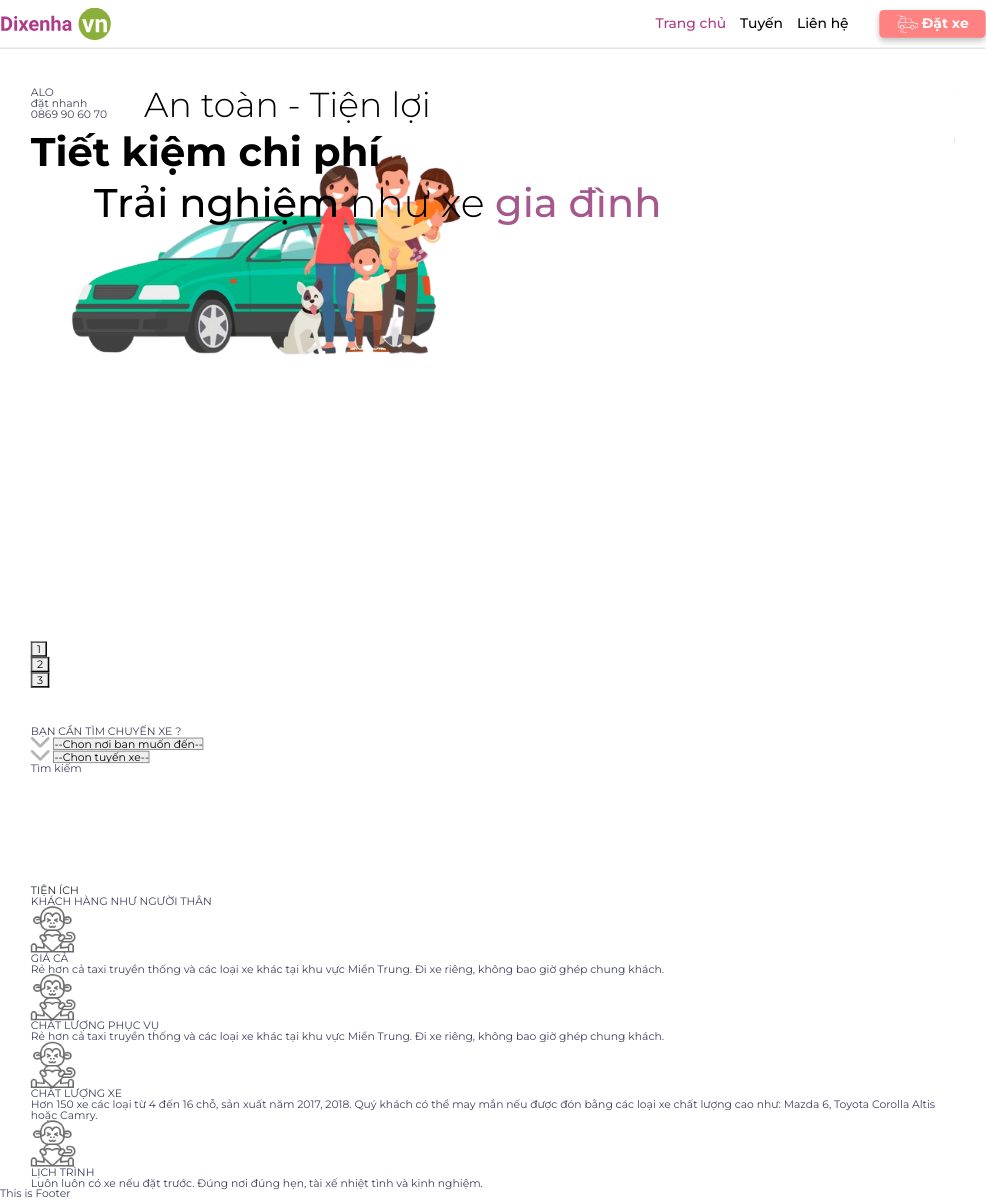
Repository: thanhthien0706/last_project--fe004
Page: lastProductF004/dist/index.html
An editor plug-in stored every save of this project. The page is shown before and after the next save, followed by the edit.
The browser window is 1280 px wide. The pictures show the whole page, at 77% of full size.
Some web libraries are served in a nearby version. The style sheet was rebuilt from its Sass, Less or Tailwind sources for each picture, by a compiler version that may differ from the author's.

Above is the page before, as saved 2021-09-16 19:37:07.

### lastProductF004/dist/index.html
<html lang="vi">

<head>
  <!-- include head.html -->
  <title>Trang web cho thuê xe Đà Nẵng - Hội An</title>
<meta name="viewport" content="width=device-width, initial-scale=1, shrink-to-fit=no">
<meta http-equiv="Content-type" content="text/html;charset=UTF-8">

<!-- favicon -->
<link href="/images/favicon.ico" type="image/x-icon" rel="icon">
<!-- meta social -->
<meta name="twitter:card" content="" />
<meta name="twitter:site" content="" />
<meta name="twitter:creator" content="" />
<meta property="og:description" content="" />
<meta property="og:image" content="" />
<meta property="og:site_name" content="">
<meta property="og:title" content="" />
<meta property="og:type" content="">
<meta property="og:url" content="" />
<link rel="apple-touch-icon" sizes="180x180" href="/images/favicon/apple-touch-icon.png">
<link rel="icon" type="image/png" sizes="32x32" href="/images/favicon/favicon-32x32.png">
<link rel="icon" type="image/png" sizes="16x16" href="/images/favicon/favicon-16x16.png">

<link rel="manifest" href="/manifest.json">

<meta name="mobile-web-app-capable" content="yes">
<meta name="apple-mobile-web-app-capable" content="yes">
<meta name="application-name" content="Short name web app">
<meta name="apple-mobile-web-app-title" content="Short name web app">
<meta name="theme-color" content="#00a849">
<meta name="msapplication-navbutton-color" content="#00a849">
<meta name="apple-mobile-web-app-status-bar-style" content="black-translucent">
<meta name="msapplication-starturl" content="/">


  <!-- include styles.html -->
  <link href="https://fonts.googleapis.com/css?family=Roboto|Roboto+Condensed|Roboto+Mono|Roboto+Slab&display=swap"
    rel="stylesheet">
<link href="https://fonts.googleapis.com/icon?family=Material+Icons" rel="stylesheet">


<!-- boostrap -->
<link rel="stylesheet" href="https://stackpath.bootstrapcdn.com/bootstrap/4.4.1/css/bootstrap.min.css"
    integrity="sha384-Vkoo8x4CGsO3+Hhxv8T/Q5PaXtkKtu6ug5TOeNV6gBiFeWPGFN9MuhOf23Q9Ifjh" crossorigin="anonymous">
<link rel="stylesheet" href="https://use.fontawesome.com/releases/v5.8.2/css/all.css"
    integrity="sha384-oS3vJWv+0UjzBfQzYUhtDYW+Pj2yciDJxpsK1OYPAYjqT085Qq/1cq5FLXAZQ7Ay" crossorigin="anonymous">

<link rel="stylesheet" href="https://unpkg.com/swiper/swiper-bundle.css">
<link rel="stylesheet" href="https://unpkg.com/swiper/swiper-bundle.min.css">

<link href="https://unpkg.com/aos@2.3.1/dist/aos.css" rel="stylesheet">

<!-- build:css(.tmp) style/style.min.css -->
<!-- <link rel="stylesheet" type="text/css" media="screen" href="styles/main.scss"/> -->
<link rel="stylesheet" type="text/css" media="screen" href="css/main.css" />
<!-- endbuild -->
</head>

<body class="wrapper">
  <header class="main_header">
  <div class="container_edit">
    <div class="box_main_content">
      <div class="box_logo">
        <img src="../../images/logo.svg" alt="logo" class="img_logo">
      </div>
      <div class="box_main_menu">
        <ul class="lista_menu">
          <li class="item_list">
              <a href="#" class="active">Trang chủ</a>
          </li>
          <li class="item_list">
              <a href="#">Tuyến</a>
          </li>
          <li class="item_list">
              <a href="#">Liên hệ</a>
          </li>
        </ul>
        <a href="#" class="btn_dat_xe">
          <img src="images/icon/ic_car-1.svg" alt="">
          <span class="text">Đặt xe</span>
        </a>
      </div>
    </div>
  </div>

</header>

  <section>

    <section class="section_01">
      <div class="container_new_edit">
        <div class="box_main_slide">
          <!-- slide 1 -->
          <div class="box_content_slide">

            <div class="box_slogan">
              <p class="slogan_1">An toàn - Tiện lợi</p>
              <p class="slogan_2">Tiết kiệm chi phí</p>
              <p class="slogan_3"><span class="sp_slogan_1">Trải nghiệm</span> như xe <span class="sp_slogan_2">gia đình</span></p>
            </div>

            <div class="box_contact">
              <div class="box_icon">
                <div class="shape_1"></div>
                <div class="shape_2"></div>
                <p class="icon">ALO</p>
              </div>
              <div class="box_text">
                <p>đặt nhanh</p>
                <p class="sdt">
                  0869 90 60 70
                </p>
              </div>
            </div>

            <div class="box_img">
              <img src="images/bg/bg_image-1.png" alt="">
            </div>

          </div>

          <!-- slide 2 -->
          <div class="box_content_slide">

            <div class="box_slogan">
              <p class="slogan_1">An toàn - Tiện lợi</p>
              <p class="slogan_2">Tiết kiệm chi phí</p>
              <p class="slogan_3"><span class="sp_slogan_1">Trải nghiệm</span> như xe <span class="sp_slogan_2">gia đình</span></p>
            </div>

            <div class="box_contact">
              <div class="box_icon">
                <div class="shape_1"></div>
                <div class="shape_2"></div>
                <p class="icon">ALO</p>
              </div>
              <div class="box_text">
                <p>đặt nhanh</p>
                <p class="sdt">
                  0869 90 60 70
                </p>
              </div>
            </div>

            <div class="box_img">
              <img src="images/bg/bg_image-1.png" alt="">
            </div>

          </div>

          <!-- slide 3 -->
          <div class="box_content_slide">

            <div class="box_slogan">
              <p class="slogan_1">An toàn - Tiện lợi</p>
              <p class="slogan_2">Tiết kiệm chi phí</p>
              <p class="slogan_3"><span class="sp_slogan_1">Trải nghiệm</span> như xe <span class="sp_slogan_2">gia đình</span></p>
            </div>

            <div class="box_contact">
              <div class="box_icon">
                <div class="shape_1"></div>
                <div class="shape_2"></div>
                <p class="icon">ALO</p>
              </div>
              <div class="box_text">
                <p>đặt nhanh</p>
                <p class="sdt">
                  0869 90 60 70
                </p>
              </div>
            </div>

            <div class="box_img">
              <img src="images/bg/bg_image-1.png" alt="">
            </div>

          </div>

        </div>
      </div>
    </section>
    <section class="section_02">
      <div class="container_new_edit">
        <div class="row_edit">
          <div class="box_left">
            <p>BẠN CẦN TÌM CHUYẾN XE ?</p>
            <section class="section_list_sec">

              <div class="box_main--sec">
                <span class="arrow">
                  <img src="images/icon/ic_arrow--down.png" alt="">
                </span>
                <select name="" id="" class="select_main">
                  <option value="1">--Chọn nơi bạn muốn đến--</option>
                  <option value="1">Đà nẵng</option>
                  <option value="1">Nha Trang</option>
                  <option value="1">Huế</option>
                </select>
              </div>

              <div class="box_main--sec">
                <span class="arrow">
                  <img src="images/icon/ic_arrow--down.png" alt="">
                </span>
                <select name="" id="" class="select_main">
                  <option value="1">--Chọn tuyến xe--</option>
                  <option value="1">Tuyến 1</option>
                  <option value="1">Tuyến 2</option>
                  <option value="1">Tuyến 3</option>
                </select>
              </div>

              <a href="#" class="btn_search">Tìm kiếm</a>
            </section>
          </div>
          <div class="box_right">
            <img src="images/bg/bg_img-2.svg" alt="">
          </div>
        </div>
      </div>
    </section>
    <section class="section_03">
      <div class="container_new_edit">
        <div class="box_header">
          <span>TIỆN ÍCH</span>
          <h2>KHÁCH HÀNG NHƯ NGƯỜI THÂN</h2>
        </div>
        <div class="box_tien-ich_main">
          <div class="box_grid">
            <div class="item_grid">
              <div class="box_conten">
                <div class="box_logo">
                  <img src="images/icon/ic_monkey.png" alt="">
                </div>
                <div class="box_text--main">
                  <h2>GIÁ CẢ</h2>
                  <p>
                    Rẻ hơn cả taxi truyền thống và các loại xe khác tại khu vực Miền Trung.
                    Đi xe riêng, không bao giờ ghép chung khách.
                  </p>
                </div>
              </div>
            </div>
            <div class="item_grid">
              <div class="box_conten">
                <div class="box_logo">
                  <img src="images/icon/ic_monkey.png" alt="">
                </div>
                <div class="box_text--main">
                  <h2>CHẤT LƯỢNG PHỤC VỤ</h2>
                  <p>
                    Rẻ hơn cả taxi truyền thống và các loại xe khác tại khu vực Miền Trung.
                    Đi xe riêng, không bao giờ ghép chung khách.
                  </p>
                </div>
              </div>
            </div>
            <div class="item_grid">
              <div class="box_conten">
                <div class="box_logo">
                  <img src="images/icon/ic_monkey.png" alt="">
                </div>
                <div class="box_text--main">
                  <h2>CHẤT LƯỢNG XE</h2>
                  <p>
                    Hơn 150 xe các loại từ 4 đến 16 chỗ, sản xuất năm 2017, 2018.
                    Quý khách có thể may mắn nếu được đón bằng các loại xe chất lượng cao
                    như: Mazda 6, Toyota Corolla Altis hoặc Camry.
                  </p>
                </div>
              </div>
            </div>
            <div class="item_grid">
              <div class="box_conten">
                <div class="box_logo">
                  <img src="images/icon/ic_monkey.png" alt="">
                </div>
                <div class="box_text--main">
                  <h2>LỊCH TRÌNH</h2>
                  <p>
                    Luôn luôn có xe nếu đặt trước.
                    Đúng nơi đúng hẹn, tài xế nhiệt tình và kinh nghiệm.
                  </p>
                </div>
              </div>
            </div>
          </div>
        </div>
      </div>
    </section>

  </section>
  <footer class="main_footer">
        <h1>This is Footer</h1>
</footer>

  <!-- include scripts.html -->
  <!-- boostrap -->
<script src="https://ajax.googleapis.com/ajax/libs/jquery/3.4.1/jquery.min.js"></script>
<!-- <script src="https://code.jquery.com/jquery-3.3.1.slim.min.js"
        integrity="sha384-q8i/X+965DzO0rT7abK41JStQIAqVgRVzpbzo5smXKp4YfRvH+8abtTE1Pi6jizo"
        crossorigin="anonymous"></script> -->
<script src="https://cdnjs.cloudflare.com/ajax/libs/popper.js/1.14.7/umd/popper.min.js"
        integrity="sha384-UO2eT0CpHqdSJQ6hJty5KVphtPhzWj9WO1clHTMGa3JDZwrnQq4sF86dIHNDz0W1"
        crossorigin="anonymous"></script>
<script src="https://stackpath.bootstrapcdn.com/bootstrap/4.3.1/js/bootstrap.min.js"
        integrity="sha384-JjSmVgyd0p3pXB1rRibZUAYoIIy6OrQ6VrjIEaFf/nJGzIxFDsf4x0xIM+B07jRM"
        crossorigin="anonymous"></script>



<!-- build:js script/script.min.js -->
<script type="text/javascript" src="js/slick.js"></script>
<script type="text/javascript" src="js/script.js"></script>
<!-- endbuild -->

<script src="https://unpkg.com/aos@2.3.1/dist/aos.js"></script>
</body>

</html>

### lastProductF004/src/styles/main.scss
// ----------------------------------------------------------------------
// Font
// ----------------------------------------------------------------------
@import url('https://fonts.googleapis.com/css?family=Roboto:300,400,500,700,900&subset=vietnamese');
@import url('https://cdnjs.cloudflare.com/ajax/libs/font-awesome/5.15.1/css/all.min.css');
// ----------------------------------------------------------------------
// Base
// ----------------------------------------------------------------------
@import "base/reset";
@import "base/fonts";
@import "base/base";

// ----------------------------------------------------------------------
// Layout
// ----------------------------------------------------------------------
@import "layout/slick";
@import "layout/global";
@import "layout/keyframes";
@import "layout/header";
@import "layout/footer";

// ----------------------------------------------------------------------
// Pages
// ----------------------------------------------------------------------
@import "pages/homepage";

### lastProductF004/src/styles/base/_fonts.scss
@import url('https://fonts.googleapis.com/css2?family=Montserrat:wght@100;200;300;400;500;600;700;800;900&display=swap');
// font-family: 'Montserrat', sans-serif;

### lastProductF004/src/styles/layout/_global.scss
// =====================================================================
// COLOR
// =====================================================================

$col1: #f89612;

// =====================================================================
// KEYFRAME
// =====================================================================

$font-size: 16;

body {
    font-family: 'Montserrat', sans-serif;
    font-size: 14px;
}

.container_big {
    width: 100%;
    max-width: 1600px;
    max-width: 1366px;
    margin: 0 auto;
    @include tran_slow_03();

    @include maxWidth(1600px) {
        max-width: 1360px;
    }

    @include maxWidth(1366px) {
        max-width: 1200px;
    }

    @include maxWidth(1200px) {
        max-width: 1170px;
        max-width: 95%;

    }
}

.wrapper {
    position: relative;
}

.box_bcrum {
    margin-top: 20px;
    margin-bottom: 20px;

    ul {
        &::after {
            @include clear_fix();
        }

        li {
            margin-right: 10px;
            display: inline-flex;
            flex-direction: row;
            align-items: center;
            display: inline;
            line-height: 1.3;


            &.home {
                a {
                    &::before {
                        position: relative;
                        bottom: 0;
                        content: '';
                        height: 14px;
                        width: 14px;
                        display: inline-flex;
                        background-image: url('../images/icon/home.png');
                        background-color: transparent;
                        background-position: center;
                        background-repeat: no-repeat;
                        background-size: contain;
                    }
                }
            }

            &:last-child {
                margin-right: 0;
            }

            a {
                text-decoration: none;
                outline: none;
                position: relative;

                &::before {
                    position: relative;
                    bottom: 2px;
                    margin-right: 5px;
                    content: '';
                    height: 4px;
                    width: 4px;
                    display: inline-flex;
                    @include borderRadius(50%);
                    background-color: $col1;
                }
            }

            .txt_crumb {
                font-size: 14px;
                font-weight: normal;
                color: #000;

                &::before {
                    position: relative;
                    bottom: 2px;
                    margin-right: 5px;
                    content: '';
                    height: 4px;
                    width: 4px;
                    display: inline-flex;
                    @include borderRadius(50%);
                    background-color: $col1;
                }
            }
        }
    }
}

.main_footer {
    position: relative;

    .go_top {
        cursor: pointer;
        position: absolute;
        right: 3%;
        top: -100px;
        height: 80px;
        width: 80px;
        background-image: url('../images/icon/gotop.png');
        background-position: center;
        background-repeat: no-repeat;
        background-size: contain;
        z-index: 991;
        @include tran_slow_03();

        @include maxWidth(1024px) {
            right: 5px;
            height: 60px;
            width: 60px;
        }

        @include maxWidth(480px) {
            top: -40px;
            height: 40px;
            width: 40px;
        }
    }
}


.row_tour {
    display: flex;
    flex-direction: row;
    margin-left: -15px;
    margin-right: -15px;
    @include tran_slow_03();

    @include maxWidth(480px) {
        margin-left: 0;
        margin-right: 0;
    }

    .item_row {
        padding-right: 15px;
        padding-left: 15px;
        @include tran_slow_03();

        @include maxWidth(480px) {
            padding-right: 0;
            padding-left: 0;
        }
    }
}

@mixin transition_slow($times) {
    -webkit-transition: all $times ease-in-out 0s;
    -o-transition: all $times ease-in-out 0s;
    transition: all $times ease-in-out 0s;
}

@mixin  font_size($value) {
    font-size: $value/$font-size + rem;
}

### lastProductF004/src/styles/layout/_keyframes.scss
@include keyframes(faderighttoleft) {
    from {
        opacity: 0;
        right: -50px;
    }

    to {
        opacity: 1;
        right: 0;
    }
}

@include keyframes(face_text_slide) {
    from {
        opacity: 0;
        top: 20px;
    }

    to {
        opacity: 1;
        top: 0;
    }
}
@include keyframes(showcar_home) {
    from {
        opacity: 0;
        visibility: hidden;
        bottom: -10px;
    }

    to {
        opacity: 1;
        visibility: visible;
        bottom: 0;
    }
}

@include keyframes(showcar) {
    from {
        opacity: 0;
        visibility: hidden;
        bottom: -10px;
    }

    to {
        opacity: 1;
        visibility: visible;
        bottom: -24px;
    }
}

@include keyframes(xoayphone) {
    0% {
        @include xoay(-45deg);
    }

    50% {
        @include xoay(25deg);
    }

    100% {
        @include xoay(0deg);
    }
}

@include keyframes(onloadtabs) {
    from {
        opacity: 0;
        visibility: hidden;
        left: -10px;
    }

    to {
        opacity: 1;
        visibility: visible;
        left: 0;
    }
}

@include keyframes(showhomecar) {
    from {
        opacity: 0;
        visibility: hidden;
        min-height: 0;
        bottom: -20px;
    }

    to {
        opacity: 1;
        visibility: visible;
        min-height: 240px;
        bottom: 0;
    }
}

### lastProductF004/src/styles/layout/_header.scss
.container_edit{
    max-width: 1360px;
    width: 100%;
    margin: 0 auto;
}

.main_header{
    padding: 10px 0;
    background-color: #fff;
    border-bottom: 1px solid rgba(0, 0, 0, 0.22);
    .box_main_content{
        display: flex;
        flex-direction: row;
        justify-content: space-between;
        align-items: center;
        .box_logo{
            img{
                width: auto;
                height: 42px;
                object-fit: cover;
            }
        }
        .box_main_menu{
            display: flex;
            flex-direction: row;
            justify-self: center;
            align-items: center;
            .lista_menu{
                display: flex;
                flex-direction: row;
                justify-content: space-between;
                align-items: center;
                margin-right: 40px;
                .item_list{
                    margin-right:18px;
                    a{
                        font-size:18px;
                        color:#000;
                        font-weight: 500;
                        text-decoration: none;
                        transition: 0.5s;
                        &.active{
                            color:#AF3A87;
                        }
                        &:hover{
                            color:#AF3A87;
                        }
                    }
                    &:last-child{
                        margin-right:0;
                    }
                }
            }
            .btn_dat_xe{
                display: flex;
                flex-direction: row;
                justify-content: space-between;
                align-items: center;
                padding: 6px 22px;
                background-color: #FF8282;
                border-radius: 6px;
                text-decoration: none;
                filter: drop-shadow(0px 4px 4px rgba(0, 0, 0, 0.25));
                transition: 0.5s;
                &:hover{
                    opacity: 0.8;
                }
                img{
                    margin-right: 5px;
                }
                span{
                    font-size:18px;
                    color:#fff;
                    font-weight: bold;
                }
            }
        }
    }
}

### lastProductF004/src/styles/pages/_homepage.scss
html {
    scroll-behavior: smooth;
}

.container_new_edit{
    max-width: 1200px;
    width: 100%;
    margin: 0 auto;
}

.section_01{
    min-height:500px;
    padding: 50px 0;
    // width: 100%;
    .box_main_slide{
        .box_content_slide{
            position: relative;
            .box_slogan{
                position: absolute;
                .slogan_1{
                    @include font_size(45);
                    font-weight: 300;
                    color: #000;
                    margin-bottom: 14px;
                    margin-left: 147px;
                }
                .slogan_2{
                    @include font_size(52);
                    font-weight: bold;
                    color: #000;
                    margin-bottom: 14px;
                }
                .slogan_3{
                    @include font_size(52);
                    font-weight: 300;
                    color: #000;
                    margin-bottom: 14px;
                    margin-left: 82px;

                    .sp_slogan_1{
                        font-weight: 500;
                    }
                    .sp_slogan_2{
                        font-weight:500;
                        color: rgba(135, 32, 100, 0.75);
                    }
                }
            }
        }
    }
}

Loaded but not shown: lastProductF004/dist/js/slick.js (library); lastProductF004/src/styles/base/_reset.scss (common file); lastProductF004/src/styles/layout/_slick.scss (common file); lastProductF004/dist/js/script.js (13 lines, source omitted); lastProductF004/src/styles/base/_base.scss (976 lines, source omitted); lastProductF004/src/styles/layout/_footer.scss (no stored copy; drawn as an empty file)

After the next save:
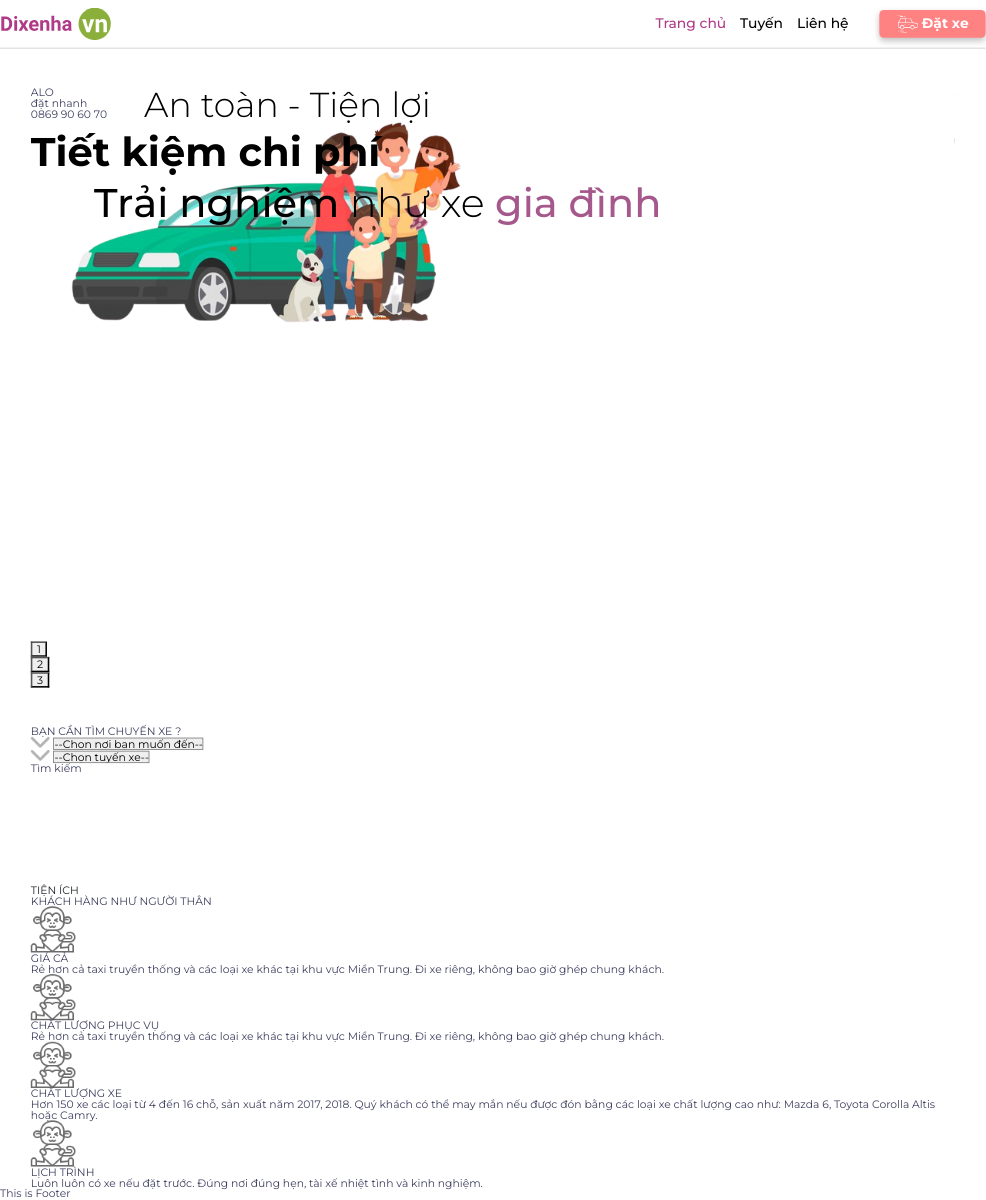
Saved 41 s later.
--- a/lastProductF004/src/styles/pages/_homepage.scss
+++ b/lastProductF004/src/styles/pages/_homepage.scss
@@ -46,6 +46,9 @@ html {
                     }
                 }
             }
+            .box_contact{
+                position: absolute;
+            }
         }
     }
 }
